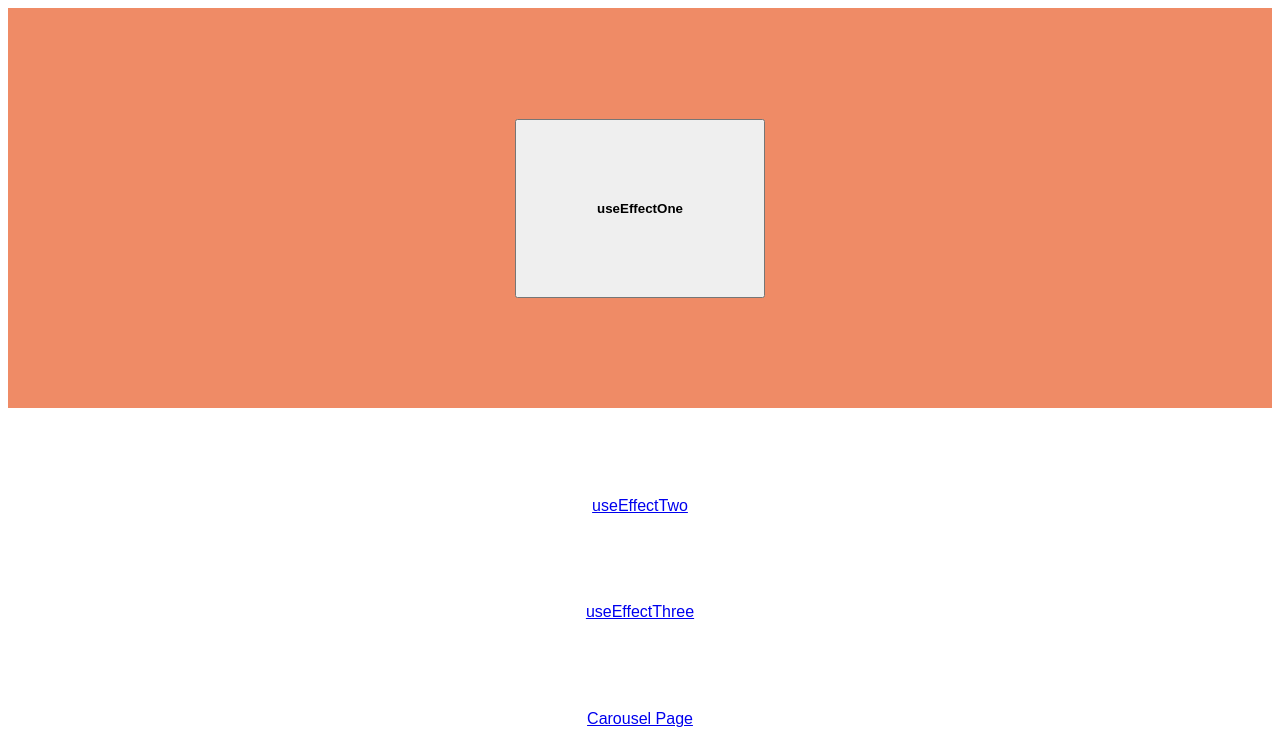
Repository: giovanabirck/class8
Page: /
These files come from the project's save history. The page is drawn as it stood at one moment and after the next save; the edit follows.
The browser window is 1280 px wide. The pictures show the whole page.
The project was rebuilt for these pictures with package versions that can differ from the ones it lists, and the page was loaded fresh each time. The framework's server and built-in components were replaced by stand-ins that run in the browser. Also part of the build but not shown: next.config.js.

Above is the page before, as saved 2023-02-23 17:51:37.

After the next save:
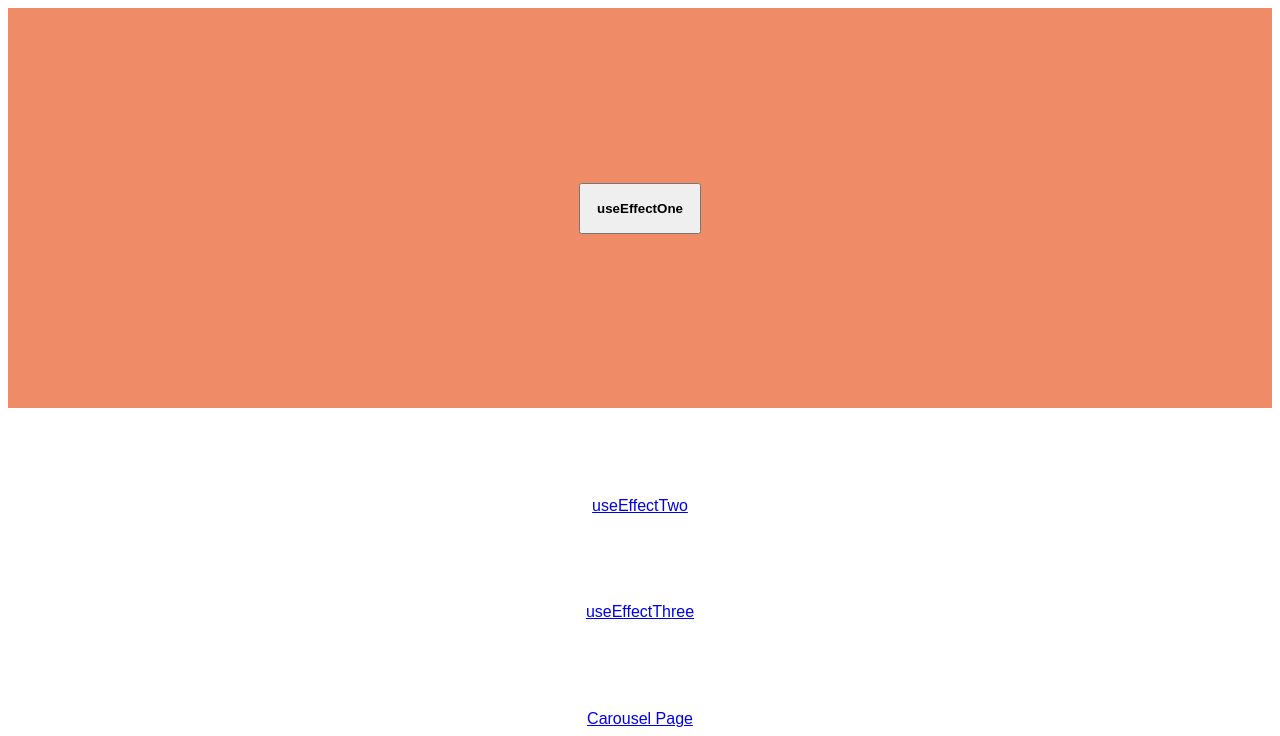
Saved 6 s later.
--- a/styles/Home.module.css
+++ b/styles/Home.module.css
@@ -22,5 +22,5 @@
 
 .btn {
   font-weight: 900;
-  padding: 5rem;
+  padding: 1rem;
 }
